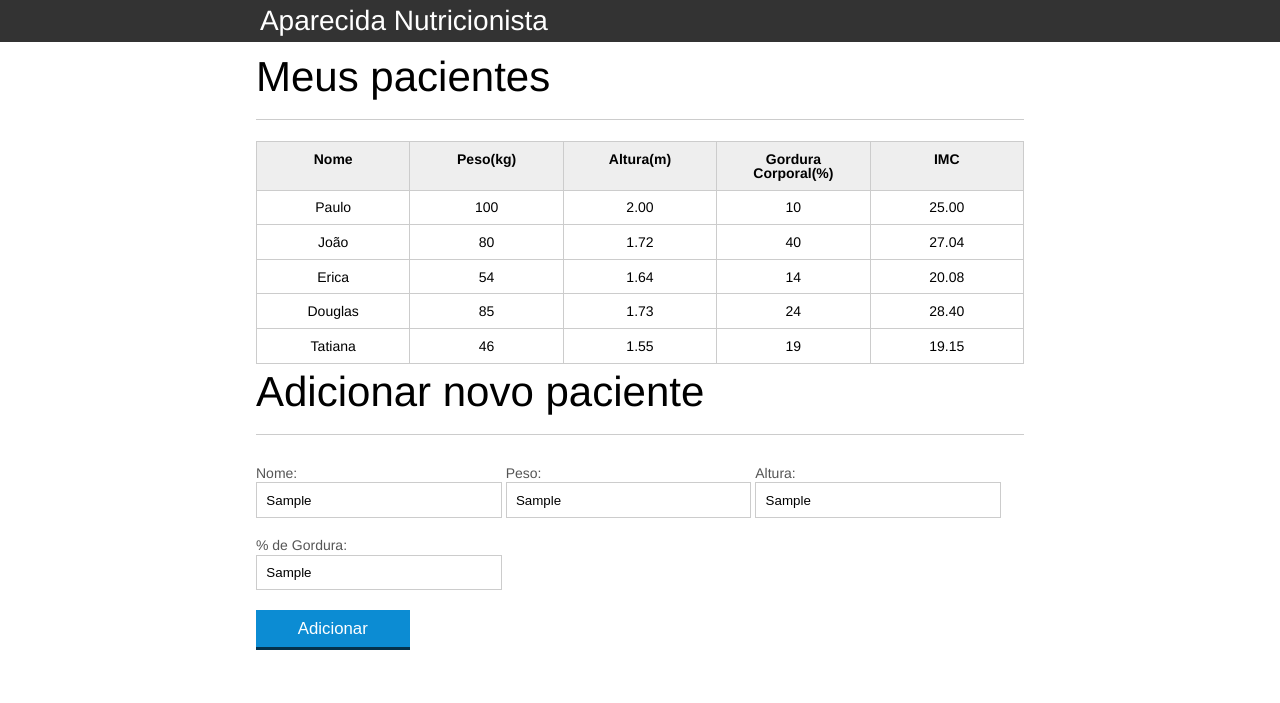
Repository: GabbLps/Controle-de-Clientes-Alura
Page: index.html
The author's editor kept a copy of each file at every save. The page is drawn from the files as they stood at one save, then again after the next save.
The browser window is 1280 px wide. The pictures show the whole page.
Empty fields were first filled with sample values (such as "Sample", 5 or name@example.com).
After loading, the first visible `#adicionar-paciente` was clicked once.

Above is the page before, as saved 2022-05-12 20:28:58.
Console error: ReferenceError: erro is not defined

### index.html
<!DOCTYPE html>
<html lang="pt-br">
	<head>
		<meta charset="UTF-8">
		<title>Aparecida Nutrição</title>
		<link rel="icon" href="favicon.ico" type="image/x-icon">
		<link rel="stylesheet" type="text/css" href="css/reset.css">
		<link rel="stylesheet" type="text/css" href="css/index.css">

	</head>
	<body>

		<header>
			<div class="container">
				<h1 class="titulo">Aparecida Nutrição</h1>
			</div>
		</header>
		<main>
			<section class="container">
				<h2>Meus pacientes</h2>
				<table>
					<thead>
						<tr>
							<th>Nome</th>
							<th>Peso(kg)</th>
							<th>Altura(m)</th>
							<th>Gordura Corporal(%)</th>
							<th>IMC</th>
						</tr>
					</thead>
					<tbody id="tabela-pacientes">
						<tr class="paciente" id="primeiro-paciente" >
							<td class="info-nome">Paulo</td>
							<td class="info-peso">100</td>
							<td class="info-altura">2.00</td>
							<td class="info-gordura">10</td>
							<td class="info-imc">0</td>
						</tr>

						<tr class="paciente" >
							<td class="info-nome">João</td>
							<td class="info-peso">80</td>
							<td class="info-altura">1.72</td>
							<td class="info-gordura">40</td>
							<td class="info-imc">0</td>
						</tr>

						<tr class="paciente" >
							<td class="info-nome">Erica</td>
							<td class="info-peso">54</td>
							<td class="info-altura">1.64</td>
							<td class="info-gordura">14</td>
							<td class="info-imc">0</td>
						</tr>

						<tr class="paciente">
							<td class="info-nome">Douglas</td>
							<td class="info-peso">85</td>
							<td class="info-altura">1.73</td>
							<td class="info-gordura">24</td>
							<td class="info-imc">0</td>
						</tr>
						<tr class="paciente" >
							<td class="info-nome">Tatiana</td>
							<td class="info-peso">46</td>
							<td class="info-altura">1.55</td>
							<td class="info-gordura">19</td>
							<td class="info-imc">0</td>
						</tr>
					</tbody>
				</table>

			</section>
		</main>

		<section class="container">
			<h2 id="titulo-form">Adicionar novo paciente</h2>
			<ul id="mensagem-erro">
				<li></li>
				<li></li>
				<li></li>
			</ul>
			<form id="form-adiciona">
				<div class="grupo">
					<label for="nome">Nome:</label>
					<input id="nome" name="nome" type="text" placeholder="Digite o nome do seu paciente" class="campo">
				</div>
				<div class="grupo">
					<label for="peso">Peso:</label>
					<input id="peso" name="peso" type="text" placeholder="Digite o peso do seu paciente" class="campo campo-medio">
				</div>
				<div class="grupo">
					<label for="altura">Altura:</label>
					<input id="altura" name="altura" type="text" placeholder="Digite a altura do seu paciente" class="campo campo-medio">
				</div>
				<div class="grupo">
					<label for="gordura">% de Gordura:</label>
					<input id="gordura" type="text" placeholder="Digite a porcentagem de gordura do seu paciente" class="campo campo-medio">
				</div>

				<button id="adicionar-paciente" class="botao bto-principal">Adicionar</button>
			</form>
		</section>

		<script src="js/calcula-imc.js"></script>
		<script src="js/form.js"></script>
	</body>
</html>

### css/index.css
*{
	box-sizing: border-box;
 }

body{
	font-family: "Helvetica Neue", "Helvetica", Helvetica, Arial, sans-serif;
	font-size: 14px;
}

header{
	background-color: #333;
	height: 3em;
	color: #FFF;
	margin-bottom: 1em;
}

header h1{
	font-size: 2em;
	display:inline-block;
	vertical-align:	middle;
}
header h2{
	font-size: 2em;
	display:inline-block;
	vertical-align:	middle;
}

header .container:before{
	content: '';
	display:inline-block;
	height: 100%;
	vertical-align:	middle;
}

.container{
	width: 60%;
	height: 100%;
	margin: 0 auto;
}

section{
	margin: 2em 0;
	overflow: hidden;
}

section h2{
	font-size: 3em;
	display: block;
	padding-bottom: .5em;
	border-bottom: 1px solid #ccc;
	margin-bottom: .5em;
}

table{
	width: 100%;
	margin-bottom : .5em;
    table-layout: fixed;

}

td, th {
	padding: .7em;
	margin: 0;
	border: 1px solid #ccc;
	text-align: center;
}

th{
	font-weight: bold;
	background-color: #EEE;
}

label{
	color: #555;
	display: block;
	margin-bottom: .2em;
}

.campo{
	margin: 0;
	padding-bottom: 1em;
	width: 100%;
	border: 1px solid #ccc;
	padding: .7em;
	width: 100%;
}

.campo-medio{
	display: inline-block;
	padding-right: .5em;
}

.grupo{
	width: 32%;
	display: inline-block;
	padding: 10px 0px;
}

button{
	padding: .5em 2em;
	border: 0;
	border-bottom: 3px solid;
	font-size: 1.2em;
	cursor: pointer;
	margin: 0;
	margin-top: -3px;
	color: #fff;
	background-color:#0c8cd3;
	border-color: #04324c;
	width: 20%;
    display: block;
    clear: both;
    margin: 10px 0px;

}

button:active{
	margin-top:0px;
	border: 0;
}

button[disabled=disabled], button:disabled {
    background-color: gray;
	border-color: darkgray;

}

.adicionar-paciente{
    margin-top: 30px;
}

.campo-invalido{
	border: 1px solid red;
}

.paciente-invalido {
	background-color: lightcoral;
}

#mensagem-erro{
	color:red;
}

### js/calcula-imc.js
var titulo = document.querySelector(".titulo");
titulo.textContent = "Aparecida Nutricionista";

var pacientes = document.querySelectorAll(".paciente");

for(var i = 0;i < pacientes.length; i++) {

    var paciente = pacientes[i];

    var tdPeso = paciente.querySelector(".info-peso");
    var peso = tdPeso.textContent;

    var tdAltura = paciente.querySelector(".info-altura");
    var altura = tdAltura.textContent;

    var tdImc = paciente.querySelector(".info-imc");

    var pesoEhValido = validaPeso(peso); //true or false
    var alturaEhValida = validaAltura(altura); //true or false

    if(!pesoEhValido) {
        console.log("Peso inválido!")
        pesoEhValido = false;
        tdImc.textContent = "Peso inválido!"
        paciente.classList.add("paciente-invalido");
    }

    if(!alturaEhValida) {
        console.log("Altura inválida!")
        pesoEhValido = false;
        tdImc.textContent = "Altura inválida!";
        paciente.classList.add("paciente-invalido");
    }

    if(pesoEhValido && alturaEhValida) {
        var imc = calculaImc(peso,altura);
        tdImc.textContent = imc;
    }
}

function validaPeso(peso) {
    if(peso >= 0 && peso < 1000) {
        return true;
    }else{
        return false;
    }
}

function validaAltura(altura) {
    if(altura >= 0 && altura <= 3.0) {
        return true;
    } else {
        return false;
    }
}

function calculaImc(peso,altura) {
    var imc = 0;

    imc = peso / (altura*altura);

    return imc.toFixed(2);
}

### js/form.js
var botaoAdicionar = document.querySelector("#adicionar-paciente");
botaoAdicionar.addEventListener("click", function(event) {
    event.preventDefault();

    var form = document.querySelector("#form-adiciona");
    var paciente = obtemPacienteDoFormulario(form);

    var pacienteTr = montaTr(paciente);

    var erros = validaPaciente(paciente);

    if(erros.length > 0){
        var mensagemErro = document.querySelector("#mensagem-erro");
        mensagemErro.textContent = erro;
        return;
    } else {
        var mensagemErro = document.querySelector("#mensagem-erro");
        mensagemErro.textContent = erro;
    }

    //  Adicionando paciente na tabela
    var tabela = document.querySelector("#tabela-pacientes");

    tabela.appendChild(pacienteTr);
    form.reset();
});

function obtemPacienteDoFormulario(form) {

    var paciente = {
        nome: form.nome.value,
        peso: form.peso.value,
        altura: form.altura.value,
        gordura: form.gordura.value,
        imc: calculaImc(form.peso.value, form.altura.value)
    }
    return paciente;
}

function montaTr(paciente){
    var pacienteTr = document.createElement("tr");  // Cria uma tr
    pacienteTr.classList.add("paciente");

    pacienteTr.appendChild(montaTd(paciente.nome, "info-nome"));   // Adiciona nomeTd dentro da Tr
    pacienteTr.appendChild(montaTd(paciente.peso, "info-peso"));
    pacienteTr.appendChild(montaTd(paciente.altura, "info-altura"));
    pacienteTr.appendChild(montaTd(paciente.gordura, "info-gordura"));
    pacienteTr.appendChild(montaTd(paciente.imc, "info-imc"));

    return pacienteTr;
}

function montaTd(dado,classe) {
    var td = document.createElement("td");  // Cria uma  td
    td.textContent = dado;   //  Adiciona um valor para essa td
    td.classList.add(classe); // Adiciona a classe no Td
    return td;
}

function validaPaciente(paciente) {

    var erros = [];

    if(!validaPeso(paciente.peso)){
        erros.push("Peso inválido!");
    }

    if(!validaPeso(paciente.altura)){
        erros.push("Altura inválida!");
    }
    return erros;
}

Loaded but not shown: css/reset.css (common file)

After the next save:
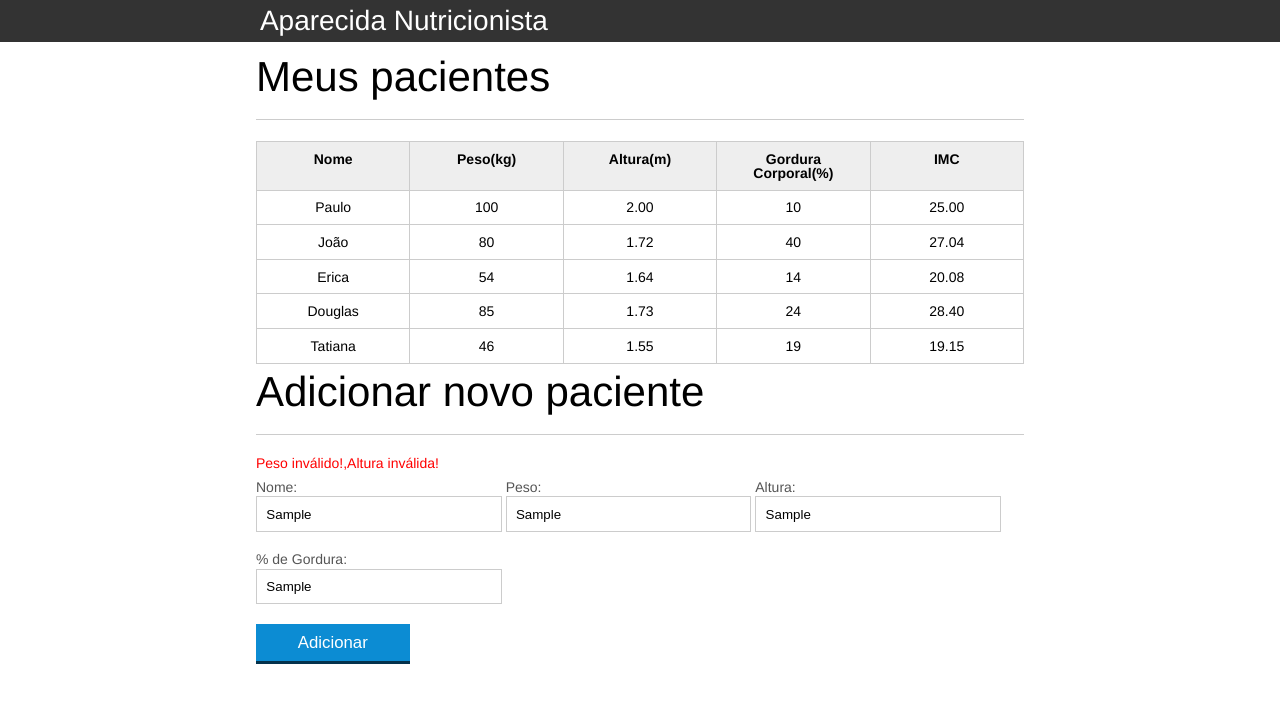
The error is gone.
Saved 40 s later.
--- a/js/form.js
+++ b/js/form.js
@@ -11,11 +11,11 @@ botaoAdicionar.addEventListener("click", function(event) {
 
     if(erros.length > 0){
         var mensagemErro = document.querySelector("#mensagem-erro");
-        mensagemErro.textContent = erro;
+        mensagemErro.textContent = erros;
         return;
     } else {
         var mensagemErro = document.querySelector("#mensagem-erro");
-        mensagemErro.textContent = erro;
+        mensagemErro.textContent = erros;
     }
 
     //  Adicionando paciente na tabela
